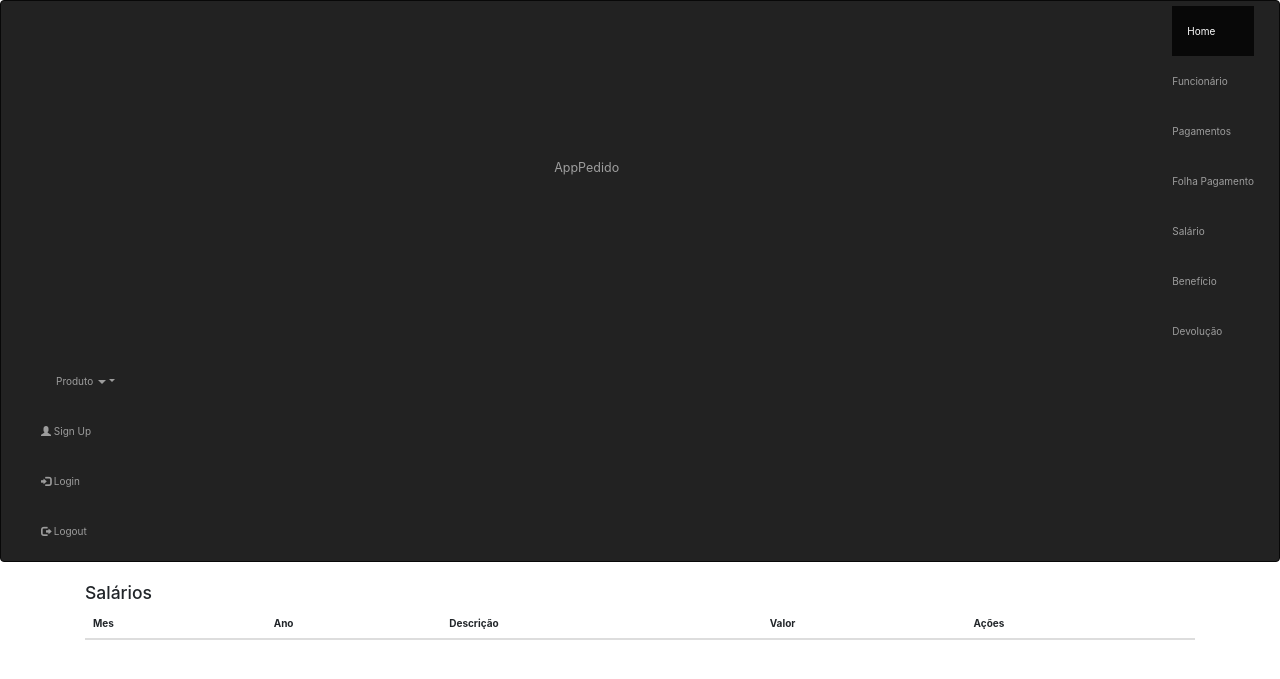
Repository: pauloEzequiel/AppFolha
Page: http://localhost/appfolha/WEB-INF/jsp/salario/lista.jsp
The author's editor kept a copy of each file at every save. The page is drawn from the files as they stood at one save, then again after the next save.
The browser window is 1280 px wide. The pictures show the whole page.
The page is served by Tomcat 9. Nobody is signed in. Other server files are loaded and not shown. The template is opened directly, without the code that normally fills it, so the values that code supplies are empty.

Above is the page before, as saved 2022-11-13 01:24:54.

### appfolha/src/main/webapp/WEB-INF/jsp/salario/lista.jsp
<%@ page language="java" contentType="text/html; charset=ISO-8859-1" pageEncoding="ISO-8859-1"%>
<%@ taglib uri="http://java.sun.com/jsp/jstl/core" prefix="c"%>
<!DOCTYPE html>
<html>
<head>
	<meta charset="ISO-8859-1">
  <link rel="stylesheet" href="https://maxcdn.bootstrapcdn.com/bootstrap/3.4.1/css/bootstrap.min.css">
	<title>AppFolha</title>
</head>
<body>
	<c:import url="/WEB-INF/jsp/menu.jsp"/>
	<div class="container mt-3">
	  <h3>Salários</h3>

	  <table class="table table-striped">
	    <thead>
	      <tr>
	        <th>Mes</th>
	        <th>Ano</th>
	        <th>Descrição</th>
	        <th>Valor</th>
	        <th>Ações</th>
	      </tr>
	    </thead>
	    <tbody>
		  <c:forEach var="p" items="${listagem}">
		      <tr>
				<td>${p.mes}</td>
		        <td>${p.ano}</td>
		        <td>${p.descricao}</td>
		        <td>${p.getTotalValor()}</td>
		        <td><a href="/salario/${p.id}/visualizar">Visualizar</a> <a href="/salario/${p.id}/excluir">Excluir</a></td>
		      </tr>
	      </c:forEach>
	    </tbody>
	  </table>
	</div>
</body>
</html>

### appfolha/src/main/webapp/WEB-INF/jsp/menu.jsp
<%@ page language="java" contentType="text/html; charset=ISO-8859-1" pageEncoding="ISO-8859-1"%>
<%@ taglib uri="http://java.sun.com/jsp/jstl/core" prefix="c"%>

<link rel="stylesheet" href="https://cdn.jsdelivr.net/npm/bootstrap@4.3.1/dist/css/bootstrap.min.css" integrity="sha384-ggOyR0iXCbMQv3Xipma34MD+dH/1fQ784/j6cY/iJTQUOhcWr7x9JvoRxT2MZw1T" crossorigin="anonymous">
<script src="https://code.jquery.com/jquery-3.3.1.slim.min.js" integrity="sha384-q8i/X+965DzO0rT7abK41JStQIAqVgRVzpbzo5smXKp4YfRvH+8abtTE1Pi6jizo" crossorigin="anonymous"></script>
<script src="https://cdn.jsdelivr.net/npm/popper.js@1.14.7/dist/umd/popper.min.js" integrity="sha384-UO2eT0CpHqdSJQ6hJty5KVphtPhzWj9WO1clHTMGa3JDZwrnQq4sF86dIHNDz0W1" crossorigin="anonymous"></script>
<script src="https://cdn.jsdelivr.net/npm/bootstrap@4.3.1/dist/js/bootstrap.min.js" integrity="sha384-JjSmVgyd0p3pXB1rRibZUAYoIIy6OrQ6VrjIEaFf/nJGzIxFDsf4x0xIM+B07jRM" crossorigin="anonymous"></script>

<nav class="navbar navbar-inverse">
  <div class="container-fluid">
    <div class="navbar-header">
      <a class="navbar-brand" href="#">AppPedido</a>
    </div>
    <ul class="nav navbar-nav">
      <li class="active"><a href="/">Home</a></li>
	      <li class="nav-item">
	        <a class="nav-link" href="/funcionario/lista">Funcionário</a>
	      </li>
	      <li class="nav-item">
	        <a class="nav-link" href="/pagamento/lista">Pagamentos</a>
	      </li>
	      <li class="nav-item">
	        <a class="nav-link" href="/folhaPagamento/lista">Folha Pagamento</a>
	      </li>
	      <li class="nav-item">
	        <a class="nav-link" href="/salario/lista">Salário</a>
	      </li>
	      <li class="nav-item">
	        <a class="nav-link" href="/beneficio/lista">Benefício</a>
	      </li>
	      <li class="nav-item">
	        <a class="nav-link" href="/devolucao/lista">Devolução</a>
	      </li>
    </ul>
    <!-- Collect the nav links, forms, and other content for toggling -->
		<div class="collapse navbar-collapse"
			id="bs-example-navbar-collapse-1">
			<ul class="nav navbar-nav">
				<li class="dropdown"><a href="#" class="dropdown-toggle"
					data-toggle="dropdown" role="button" aria-haspopup="true"
					aria-expanded="false">Produto <span class="caret"></span></a>
					<ul class="dropdown-menu">
						<li><a href="cadastrar.jsp">Cadastrar</a></li>
						<li><a href="cadastrar.jsp">Cadastrar</a></li>
						<li><a href="cadastrar.jsp">Cadastrar</a></li>
					</ul></li>
			</ul>
		</div>
    <ul class="nav navbar-nav navbar-right">
      <li><a href="/usuario"><span class="glyphicon glyphicon-user"></span> Sign Up</a></li>
	  <li><a href="/login"><span class="glyphicon glyphicon-log-in"></span> Login</a></li>

       <li><a href="/logout"><span class="glyphicon glyphicon-log-out"></span> Logout</a></li>
    </ul>
  </div>
</nav>

After the next save:
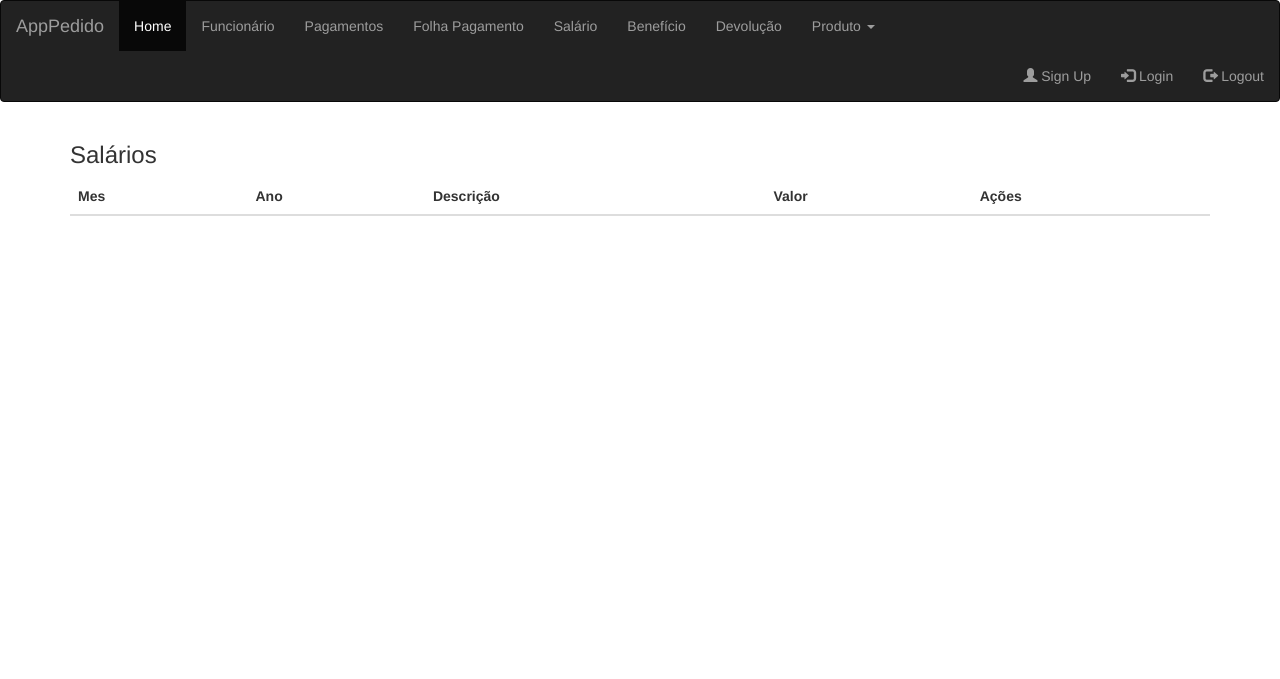
Saved 42 s later.
--- a/appfolha/src/main/webapp/WEB-INF/jsp/menu.jsp
+++ b/appfolha/src/main/webapp/WEB-INF/jsp/menu.jsp
@@ -1,7 +1,6 @@
 <%@ page language="java" contentType="text/html; charset=ISO-8859-1" pageEncoding="ISO-8859-1"%>
 <%@ taglib uri="http://java.sun.com/jsp/jstl/core" prefix="c"%>
 
-<link rel="stylesheet" href="https://cdn.jsdelivr.net/npm/bootstrap@4.3.1/dist/css/bootstrap.min.css" integrity="sha384-ggOyR0iXCbMQv3Xipma34MD+dH/1fQ784/j6cY/iJTQUOhcWr7x9JvoRxT2MZw1T" crossorigin="anonymous">
 <script src="https://code.jquery.com/jquery-3.3.1.slim.min.js" integrity="sha384-q8i/X+965DzO0rT7abK41JStQIAqVgRVzpbzo5smXKp4YfRvH+8abtTE1Pi6jizo" crossorigin="anonymous"></script>
 <script src="https://cdn.jsdelivr.net/npm/popper.js@1.14.7/dist/umd/popper.min.js" integrity="sha384-UO2eT0CpHqdSJQ6hJty5KVphtPhzWj9WO1clHTMGa3JDZwrnQq4sF86dIHNDz0W1" crossorigin="anonymous"></script>
 <script src="https://cdn.jsdelivr.net/npm/bootstrap@4.3.1/dist/js/bootstrap.min.js" integrity="sha384-JjSmVgyd0p3pXB1rRibZUAYoIIy6OrQ6VrjIEaFf/nJGzIxFDsf4x0xIM+B07jRM" crossorigin="anonymous"></script>
